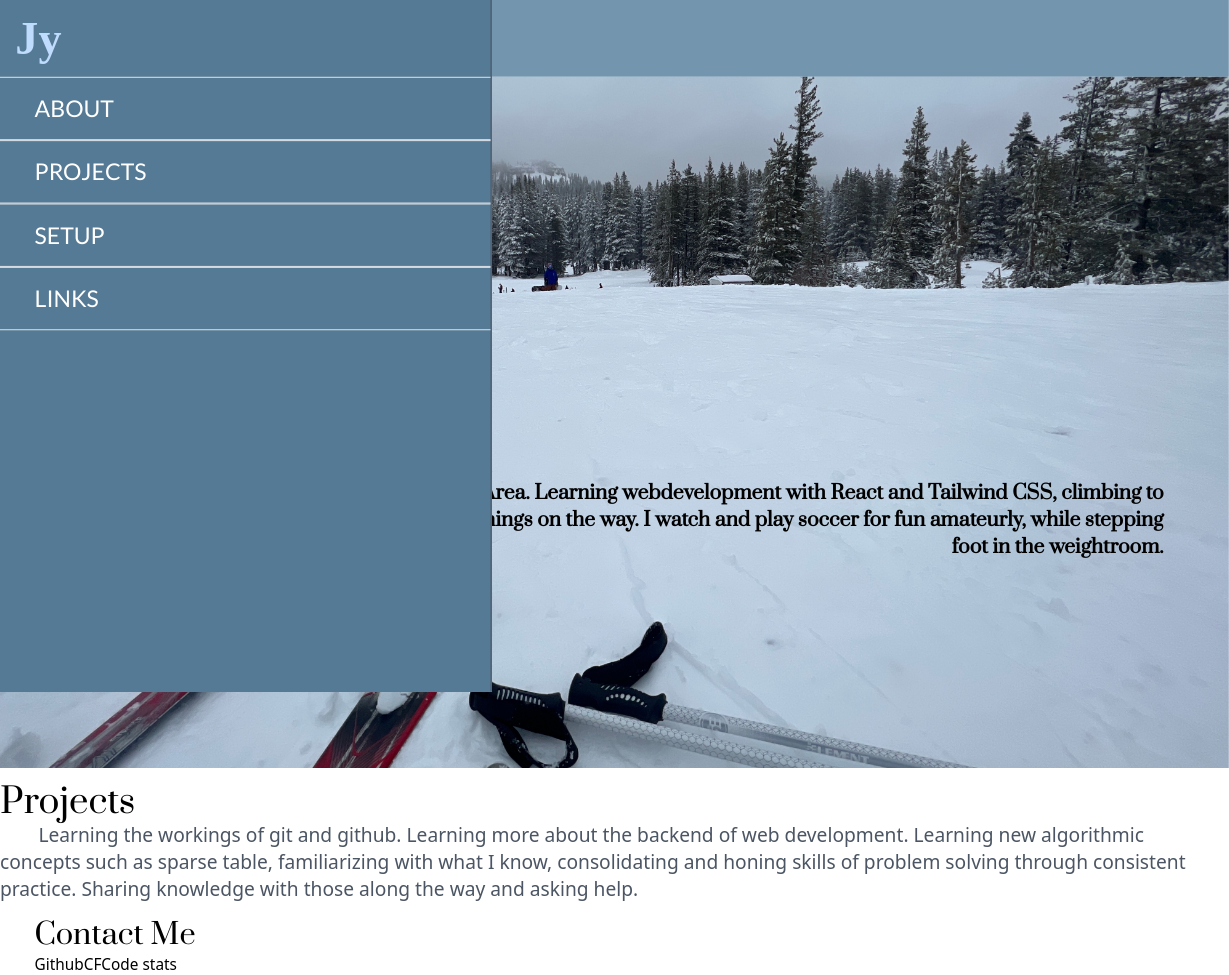
Repository: joshuayanggithub/joshua-yang-website
Page: /
An editor plug-in stored every save of this project. The page is shown before and after the next save, followed by the edit.
The browser window is 1280 px wide. The pictures show the whole page, at 96% of full size.
Some web fonts or font styles are not loaded; a fallback is used. The project was rebuilt for these pictures with package versions that can differ from the ones it lists, and the page was loaded fresh each time.

Above is the page before, as saved 2023-01-08 02:19:59.

After the next save:
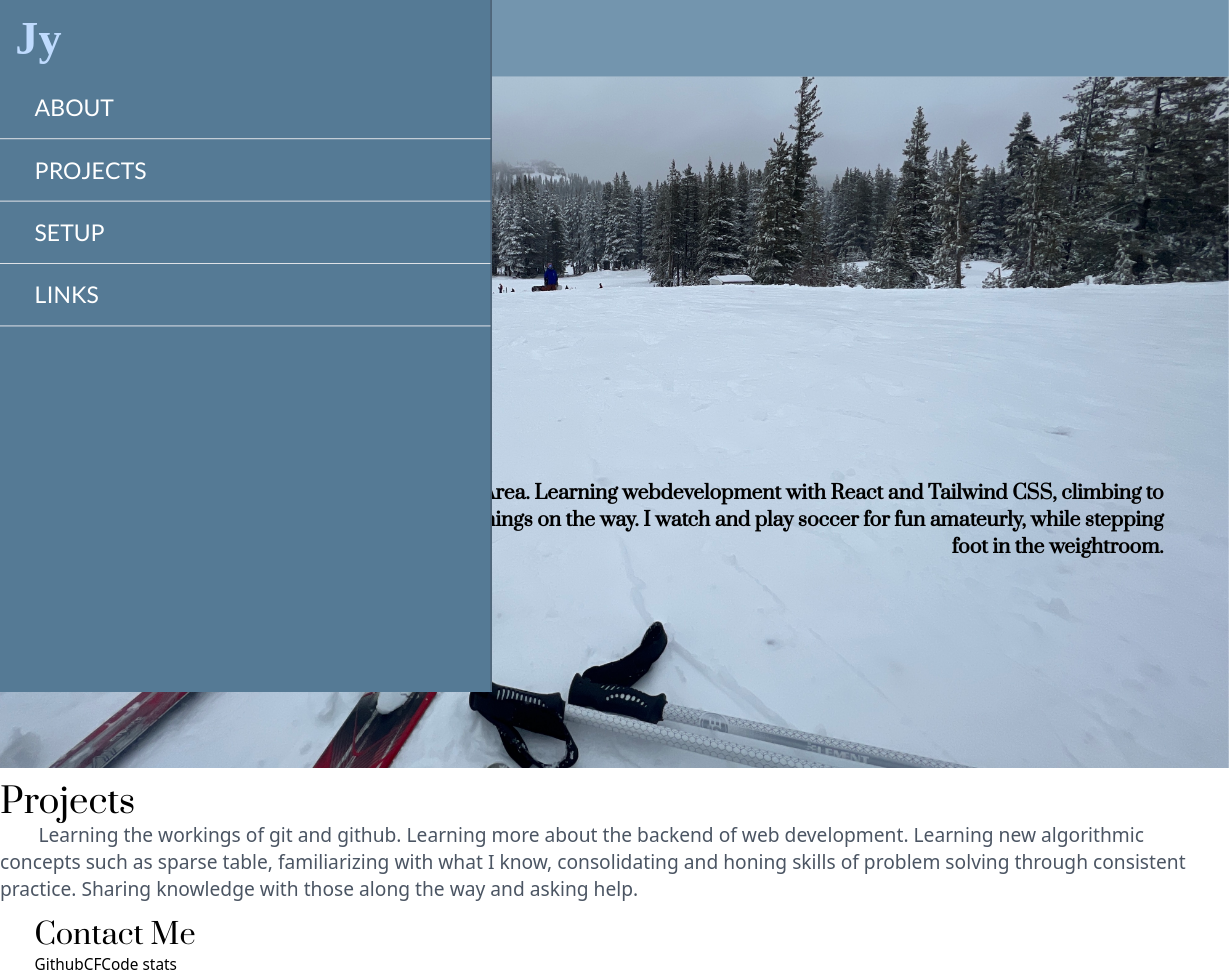
Saved 8 s later.
--- a/src/components/NavBar.jsx
+++ b/src/components/NavBar.jsx
@@ -34,7 +34,7 @@ const NavBar = () => {
         <ul class="">
             {
               links.map((link) =>
-                <li key={link.id} class="p-4 border-y">
+                <li key={link.id} class="p-4 border-b">
                   <a href='#About' class="text-2xl text-white p-5 hover:bg-sasnavyblue hover:font-bold duration-300 uppercase font-navheader">{link.name}</a>
                 </li>
               )
